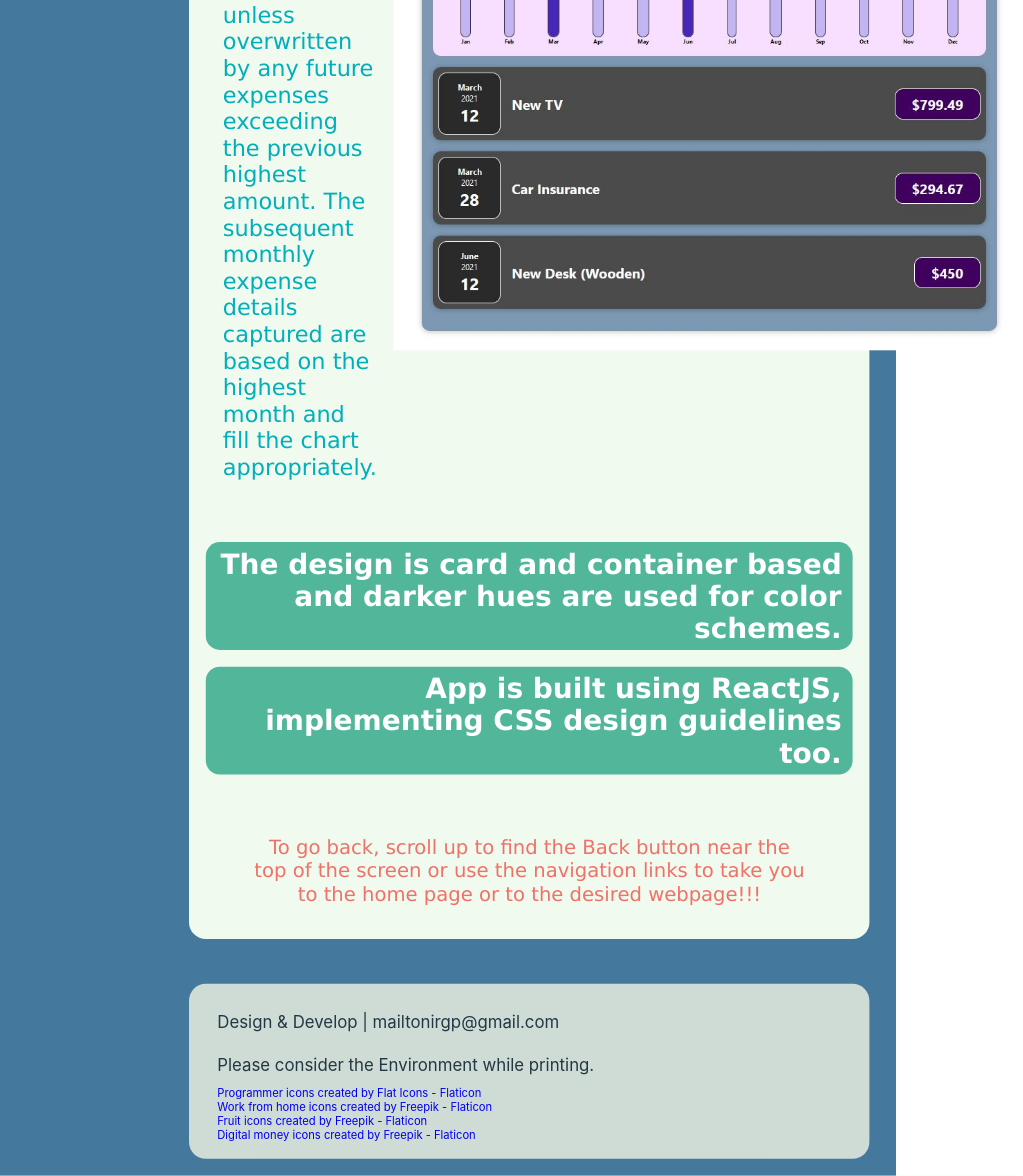
Repository: niranjangp/portfolioReact
Page: /cs-three
The author's editor kept a copy of each file at every save. The page is drawn from the files as they stood at one save, then again after the next save.
The browser window is 1280 px wide. The page is 1462 px wide, so the pictures cover 1462 px, including what lies to the right of the window. The pictures show the part of the page from y = 3718 to 5398 px (the page is 5398 px tall before and 5254 px after), at 70% of full size.
The project was rebuilt for these pictures with package versions that can differ from the ones it lists, and the page was loaded fresh each time. Also part of the build but not shown: src/pages/enterDesign.jsx, src/pages/csOne.jsx, src/pages/csTwo.jsx, src/pages/notFound.jsx.

Above is the page before, as saved 2022-02-01 18:57:24.

After the next save:
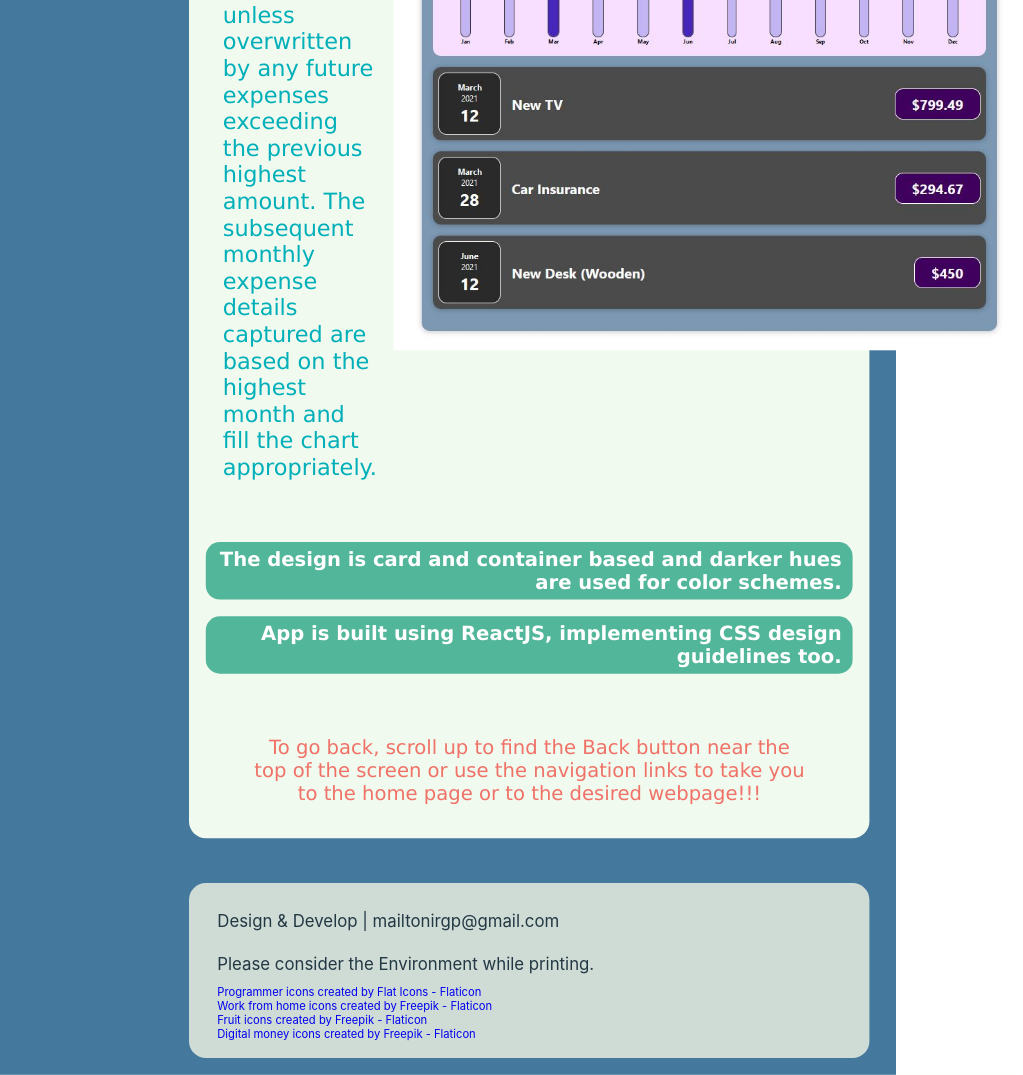
Saved 112 s later.
--- a/src/App.css
+++ b/src/App.css
@@ -380,7 +380,7 @@ footer {
   width: 900px;
 }
 
-.right-content.last {
+.last .exp-para{
   font-size: 28px;
 }
 
